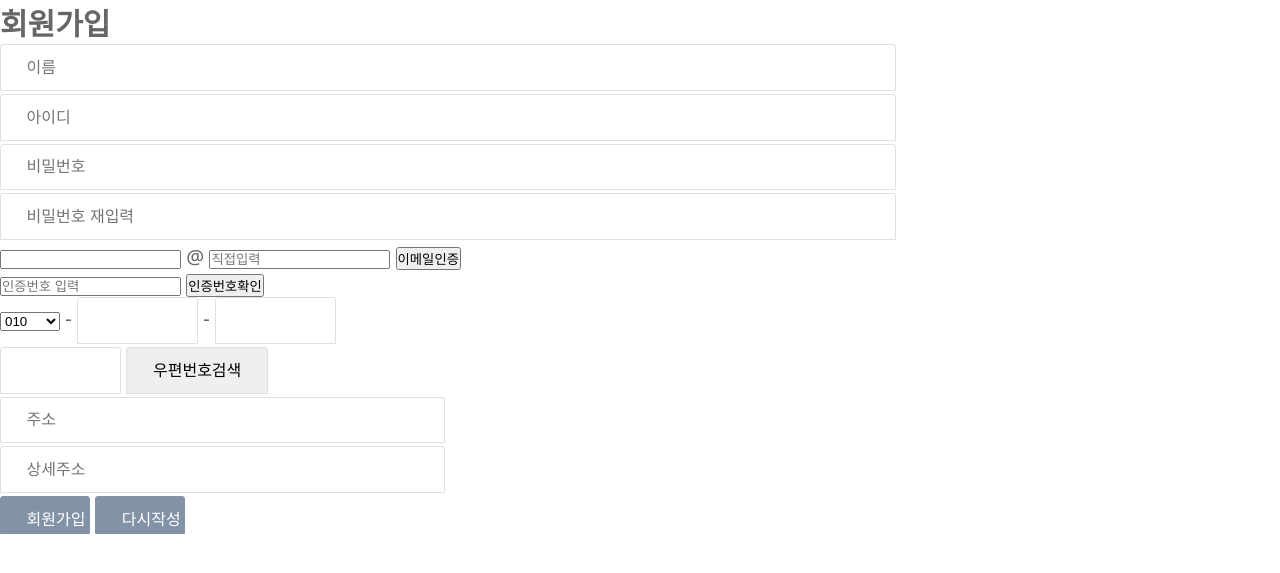
Repository: keepsus/gaebokchi
Page: http://localhost/uzuslime/member/memberWriteForm.jsp
These files come from the project's save history. The page is drawn as it stood at one moment and after the next save; the edit follows.
The browser window is 1280 px wide. The pictures show the whole page.
Some web fonts or font styles are not loaded; a fallback is used. The page is served by Tomcat 9. Nobody is signed in. The application's start-up code is not run. Other server files are loaded and not shown.

Above is the page before, as saved 2021-01-31 03:26:45.

### uzuslime/src/main/webapp/member/memberWriteForm.jsp
<%@ page language="java" contentType="text/html; charset=UTF-8"
    pageEncoding="UTF-8"%>

<head>
    <meta charset="UTF-8">
    <meta name="viewport" content="width=device-width, initial-scale=1.0">
    <link rel="stylesheet" href="/slime/css/memberWriteForm.css">
    <link rel="preconnect" href="https://fonts.gstatic.com">
    <link href="https://fonts.googleapis.com/css2?family=Raleway:ital,wght@0,200;0,300;0,400;0,500;1,300;1,400&display=swap" rel="stylesheet">
    <title>Document</title>
</head>


	<div class="modal-header">
	    <h2 class="signUp-header">회원가입</h2>
	</div>

		<form name="memberWriteForm" method="post" action="/slime/member/write" class="memberWriteForm">

			    <div class="input-text">
			        <input type="text" class="sign-name" id="signName" name="member_name" size="25" placeholder="이름">
			        <div id="nameDiv"></div>
			    </div>


			    <div class="input-text">
			        <input type="text" class="member_id" id="member_id" size="25" placeholder="아이디">
			        <input type="hidden" id="check" value="">
			    	<div id="idDiv"></div>
			    </div>


			    <div class="input-text">
			        <input type="password" class="sign-pwd" id="signPwd" name="member_pw" size="25" placeholder="비밀번호">
			        <div id="pwdDiv"></div>
			    </div>


			    <div class="input-text">
			        <input type="password" class="sign-repwd" id="signRePwd" name="repw" size="25" placeholder="비밀번호 재입력">
			        <div id="repwdDiv"></div>
			    </div>


			    <div class="email-input-text">
			        <input type="text" class="sign-email1" name="email1">
			        @
			        <input type="email" class="sign-email2" name="email2" list="email2" placeholder="직접입력">
			        <datalist id="email2">
			            <option value="gmail.com">
			            <option value="naver.com">
			            <option value="hanmail.net">
			        </datalist>
			        <input type="button" class="email-Btn" value="이메일인증" id="emailBtn"><br>
			         <input type="text" class="check-email" name="check-email" placeholder="인증번호 입력">
			        <input type="button" class="email-check-Btn" value="인증번호확인" id="emailCheckBtn"><br>
			    </div>


			    <div class="signUp-phone-form">
			        <select name="tel1" class="sign-tel1" style="width: 60px;">
			            <option value="010">010
			            <option value="011">011
			            <option value="019">019
			        </select>
			         -
			         <input type="text" class="sign-tel2" name="tel2" size="5">
			         -
			         <input type="text" class="sign-tel3" name="tel3" size="5">
			    </div>


			    <div class="signUp-address-form">
			        <input type="text" class="sign-post" id="postcode" name="zipcode" size="5" readonly>
			        <input type="button" class="check-Post-Btn" value="우편번호검색" id="checkPostBtn"><br>
			        <input type="text" class="sign-address" id="address" name="addr1" size="40"  readonly placeholder="주소"><br>
			        <input type="text" class="sign-detail" id="detailAddress" name="addr2" size="40" placeholder="상세주소">
			    </div>


			    <div class="signUp-btn-box">
			        <input type="button" id="writeBtn" class="writeBtn" value="회원가입">
			        <input type="reset" class="resetBtn" value="다시작성">
			    </div>


</form>
<script type="text/javascript" src="https://code.jquery.com/jquery-3.5.1.min.js"></script>	<!-- 위아래 순서가 바뀌면 안된다 -->
<script type="text/javascript" src="/slime/js/member.js?ver=1"></script>	<!-- 위아래 순서가 바뀌면 안된다 -->

### uzuslime/src/main/webapp/css/memberWriteForm.css
@charset "UTF-8";
* {
    margin: 0px;
    padding: 0px;
    box-sizing: border-box;
}

html {
    background-color: #fff;
    color: rgba(85, 85, 85, 0.897);
    font-family: 'Raleway','Noto Sans Korean','Apple SD Gothic Neo', 'Malgun Gothic','Nanum Gothic', 'Noto Sans','sans-serif';
    font-weight: 300px;
    font-size: 20px;
    text-rendering: optimizeLegibility;
    /* 반응형 웹사이트를 만드려고 기준으로 두었다. 폰트사이즈를 20px을 기본으로 주면 다른 태그에서 %를 사용해서 변경해주면
    폰트 사이즈를 바꿔줄때마다 웹사이트의 폰트 사이즈가 자동으로 바뀔 것이다. */
}

.modal-header{
	margin-botton: 8%;

}

.memberSignUpForm{
	text-align: center;
}

.input-text input{
    width: 70%;
    padding: 1% 2%;
    line-height: 1.2;
    border-radius: 3px 3px 0 0;
    border: 1px solid #e0e0e0;
    font-size: 80%;
    margin-bottom: 3px;
}

.emailBtn,.emailCheckBtn,.checkPostBtn{
    background-color: #fff;
    color: rgba(85, 85, 85, 0.897);
    border: 1px solid #e0e0e0;
    text-decoration: none;
    cursor: pointer;
    border-radius: 3px 3px 0 0;
}

.emailBtn,.emailCheckBtn,.checkPostBtn,.writeBtn:hover{
    transition: 0.4s;
    background-color: rgba(78, 76, 76, 0.678);
    color: white;
}

.signUp-email-form input {
	padding: 1% 2%;
    line-height: 1.2;
    border-radius: 3px 3px 0 0;
    border: 1px solid #e0e0e0;
    font-size: 80%;
    margin-bottom: 3px;
}

.signUp-phone-form input {
	padding: 1% 2%;
    line-height: 1.2;
    border-radius: 3px 3px 0 0;
    border: 1px solid #e0e0e0;
    font-size: 80%;
    margin-bottom: 3px;
}

.signUp-address-form input {
	padding: 1% 2%;
    line-height: 1.2;
    border-radius: 3px 3px 0 0;
    border: 1px solid #e0e0e0;
    font-size: 80%;
    margin-bottom: 3px;
}

.signUp-btn-box input{
	padding: 1% 2%;
    line-height: 1.2;
    border-radius: 3px 3px 0 0;
    border: 1px solid #8393a7;
    background-color: #8393a7;
    font-size: 80%;
    color :white;
    margin-bottom: 3px;
    width: 90px;
    height:38px;
    cursor:pointer;
}

### uzuslime/src/main/webapp/js/member.js
//로그인
$('#loginBtn').click(function(){
	$('#loginIdDiv').empty();
	$('#loginPwdDiv').empty();

	if($('#loginId').val()==''){
		$('#loginIdDiv').text('아이디를 입력')
						.css('color','red')
						.css('font-size','8pt')
						.css('font-weight','bold');

	}else if($('#loginPwd').val()==''){
		$('#loginPwdDiv').text('비밀번호를 입력')
						 .css('color','red')
						 .css('font-size','8pt')
						 .css('font-weight','bold');
	}else{
		$.ajax({
			type : 'post',
			url: '/slime/member/login',
			data: {'member_id': $('#loginId').val(), 'pwpwpw': $('#loginPwd').val()},

			dataType: 'text',
			success: function(data){
				if(data == 'success'){
					location.href = '/slime/index.jsp';

				}else if(data == 'fail'){

					alert('잘못된 정보입니다. 다시 입력해주세요.');
				}
			},//success
			error: function(err){
				console.log(err);
			}//error

		});//ajax
	}//else
});//click

//회원가입
$('#writeBtn').click(function(){
	$('#nameDiv').empty();
	$('#idDiv').empty();
	$('#pwdDiv').empty();
	$('#repwdDiv').empty();
	$('#emailDiv').empty();
	var idReg = /^[A-za-z0-9]/g;
	//아이디 한글못넣게 하는 것
	//[영문 대문자 또는 소문자로 시작하는 아이디, 끝날때 제한 없음]

	//if($('#name').val()==''){ -> 방법 1
	//if($('input[id=member_name]').val()==''){ -> 방법 2
	//id 속성이용은 2가지 방법 모두 가능
	if($('input[id=member_name]').val()==''){
		$('#nameDiv').text('이름을 입력하세요');
		$('#nameDiv').css('color','red');
		$('#nameDiv').css('font-size','8pt');
		$('#nameDiv').css('font-weight','bold');

	}else if($('#member_id').val()==''){	//id 속성이용
		$('#idDiv').text('아이디를 입력하세요');
		$('#idDiv').css('color','red');
		$('#idDiv').css('font-size','8pt');
		$('#idDiv').css('font-weight','bold');

	}else if( !idReg.test( $("input[id=member_id]").val() ) ){
		$('#idDiv').text('아이디는 영문자로 시작하는 6~20자 영문자 또는 숫자이어야 합니다.');
		$('#idDiv').css('color','red');
		$('#idDiv').css('font-size','8pt');
		$('#idDiv').css('font-weight','bold');

	}else if($('input[name=member_pw]').val()==''){
		$('#pwdDiv').text('비밀번호를 입력하세요')
		$('#pwdDiv').css('color','red')
		$('#pwdDiv').css('font-size','8pt')
		$('#pwdDiv').css('font-weight','bold');

	}else if($('input[name=repw]').val() != $('input[name=member_pw]').val()){
		$('#repwdDiv').text('비밀번호가 맞지 않습니다')
		$('#repwdDiv').css('color','red')
		$('#repwdDiv').css('font-size','8pt')
		$('#repwdDiv').css('font-weight','bold');

	}else if($('#member_id').val() != $('#check').val()){
		$('#idDiv').text('중복체크 하세요')
		$('#idDiv').css('color','red')
		$('#idDiv').css('font-size','8pt')
		$('#idDiv').css('font-weight','bold');

	}else if($('input[name=email1]').val()==''||$('input[name=email2]').val()==''){
		$('#emailDiv').text('이메일을 입력하세요')
		$('#emailDiv').css('color','red')
		$('#emailDiv').css('font-size','8pt')
		$('#emailDiv').css('font-weight','bold');

	}else{
		$('form[name=memberWriteForm]').submit();
	}
});

//중복 아이디 체크
$('#member_id').focusout(function(){
	if($('#member_id').val()==''){
		$('#idDiv').text('먼저 아이디를 입력하세요')
		$('#idDiv').css('color','magenta')
		$('#idDiv').css('font-size','8pt')
		$('#idDiv').css('font-weight','bold');

	}else{
		$.ajax({
			type: 'post',
			url: '/slime/member/checkId',
			data: 'member_id='+$('#member_id').val(),
			dataType: 'text',
			success: function(data){
				if(data == 'exist'){
					$('#idDiv').text('사용 불가능')
					$('#idDiv').css('color','magenta')
					$('#idDiv').css('font-size','8pt')
					$('#idDiv').css('font-weight','bold');

				}else if(data == 'non_exist'){
					$('#check').val($('#member_id').val());

					$('#idDiv').text('사용 가능')
					$('#idDiv').css('color','blue')
					$('#idDiv').css('font-size','8pt')
					$('#idDiv').css('font-weight','bold');
				}
			}
		});
	}
});

//우편번호
$('#checkPostBtn').click(function(){
	window.open("/slime/member/memberCheckPost", "zipcode", "width=700 height=500 scrollbars=yes");
});

$('#checkPostSearchBtn').click(function(){
	$.ajax({
		type: 'post',
		url: '/slime/member/checkPostSearch',
		data: $('#memberCheckPostForm').serialize(),	//serialize : '변수=값&변수=값'
		dataType: 'json',
		success: function(data){
			//alert(JSON.stringify(data));

			$('#checkPostTable tr:gt(2)').remove();

			$.each(data.list, function(index, items){
				var address = items.sido+' '
							+ items.sigungu+' '
							+ items.yubmyundong+' '
							+ items.ri+' '
							+ items.roadname+' '
							+ items.buildingname;

				address = address.replace(/null/g, '');

				$('<tr/>').append($('<td/>',{
					align: 'center',
					text: items.zipcode

				})).append($('<td/>',{
					colspan: '3',
					}).append($('<a/>',{
						href: '#',
						id: 'addressA',
						text: address
					}))
				).appendTo($('#checkPostTable'));
			});//each

			$('a').click(function(){
				//alert($(this).prop('tagName'));
				//alert($(this).parent().prev().text());

				$('#postcode', opener.document).val($(this).parent().prev().text());
				$('#address', opener.document).val($(this).text());
				$('#detailAddress', opener.document).focus();
				window.close();
			});
		},
		error: function(err){
			console.log(err);
		}
	});
});

//회원정보수정
$('#modifyBtn').click(function(){
	$('#nameDiv').empty();
	$('#pwdDiv').empty();
	$('#repwdDiv').empty();

	if($('#member_name').val()==''){
		$('#nameDiv').text('이름을 입력하세요');
		$('#nameDiv').css('color','red');
		$('#nameDiv').css('font-size','8pt');
		$('#nameDiv').css('font-weight','bold');

	}else if($('input[name=member_pw]').val()==''){
		$('#pwdDiv').text('비밀번호를 입력하세요')
		$('#pwdDiv').css('color','red')
		$('#pwdDiv').css('font-size','8pt')
		$('#pwdDiv').css('font-weight','bold');

	}else if($('input[name=repw]').val() != $('input[name=member_pw]').val()){
		$('#repwdDiv').text('비밀번호가 맞지 않습니다')
		$('#repwdDiv').css('color','red')
		$('#repwdDiv').css('font-size','8pt')
		$('#repwdDiv').css('font-weight','bold');

	}else{
		$.ajax({
			type: 'post',
			url: '/slime/member/modify',
			data: $('#memberModifyForm').serialize(),	//serialize : '변수=값&변수=값'
			success: function(){
				alert('회원정보수정 완료');
				location.href='/slime/mypage/myPageOrder.jsp';
			},
			error: function(err){
				console.log(err);
			}
		});
	}
});

//아이디 찾기
$('#searchBtn').click(function(){
	$.ajax({
		type: 'post',
		url: '/slime/member/memberIdSearch',
		data: $('#memberSearch').serialize(),
		dataType: 'text',
		success: function(data){
			alert("회원님의 ID는 "+data+" 입니다");
			location.href='/slime/index.jsp';
		},
		error: function(err){
			alert("틀린 정보입니다. 다시 확인해주세요.")
			console.log(err);
		}
	});
});


//이메일 인증 보내기
$('#emailBtn').click(function(){
	$('#emailDiv').empty();
	if($('input[name=email1]').val()==''||$('input[name=email2]').val()==''){
		$('#emailDiv').text('이메일을 입력하세요');
		$('#emailDiv').css('color','red');
		$('#emailDiv').css('font-size','8pt');
		$('#emailDiv').css('font-weight','bold');

	}else{
		$.ajax({
			type: 'post',
			url: '/slime/member/sendEmail',
			data: 'e_mail='+$('#email1').val()+'@'+$('#email2').val(),
			dataType: 'json',
			success: function(data){
				$('#emailDiv').text('이메일이 발송되었습니다. 인증번호를 입력헤주세요');
				$('#emailDiv').css('color','red');
				$('#emailDiv').css('font-size','8pt');
				$('#emailDiv').css('font-weight','bold');
				console.log('이메일 data ='+ JSON.stringify(data));//data가 들어오는것인가?이상한게 찍힌다.
				$('#checkEmailR').val(data.dice);//받은 인증번호를 jsp에 있는 hidden 속성에 넣어주기
			},
			error: function(err){
				console.log(err);
			}
		});
	}

});


//이메일 인증번호 확인
$('#emailCheckBtn').click(function(){
	$('#emailDiv').empty();

	if($('input[id=checkEmail]').val()==''){
		$('#emailDiv').text('이메일 인증번호를 입력해주세요 ')
		$('#emailDiv').css('color','magenta')
		$('#emailDiv').css('font-size','8pt')
		$('#emailDiv').css('font-weight','bold');

	}else{
		if
		(document.getElementById('checkEmail').value == document.getElementById('checkEmailR').value){
			$('#emailDiv').text('인증되었습니다.')
			$('#emailDiv').css('color','magenta')
			$('#emailDiv').css('font-size','8pt')
			$('#emailDiv').css('font-weight','bold');
		}else if
		(document.getElementById('checkEmail').value != document.getElementById('checkEmailR').value){
			$('#emailDiv').text('인증번호가 맞지 않습니다.')
			$('#emailDiv').css('color','magenta')
			$('#emailDiv').css('font-size','8pt')
			$('#emailDiv').css('font-weight','bold');
		}
	}

});

After the next save:
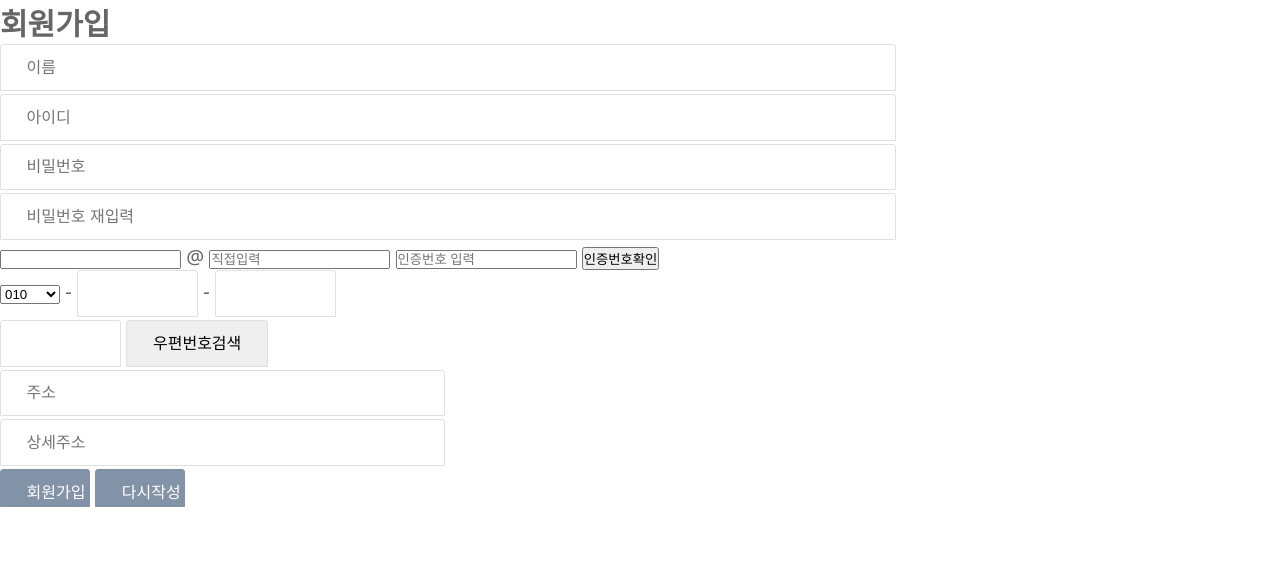
Saved 66 s later.
--- a/uzuslime/src/main/webapp/member/memberWriteForm.jsp
+++ b/uzuslime/src/main/webapp/member/memberWriteForm.jsp
@@ -51,7 +51,7 @@
 			            <option value="naver.com">
 			            <option value="hanmail.net">
 			        </datalist>
-			        <input type="button" class="email-Btn" value="이메일인증" id="emailBtn"><br>
+
 			         <input type="text" class="check-email" name="check-email" placeholder="인증번호 입력">
 			        <input type="button" class="email-check-Btn" value="인증번호확인" id="emailCheckBtn"><br>
 			    </div>

After the save that followed:
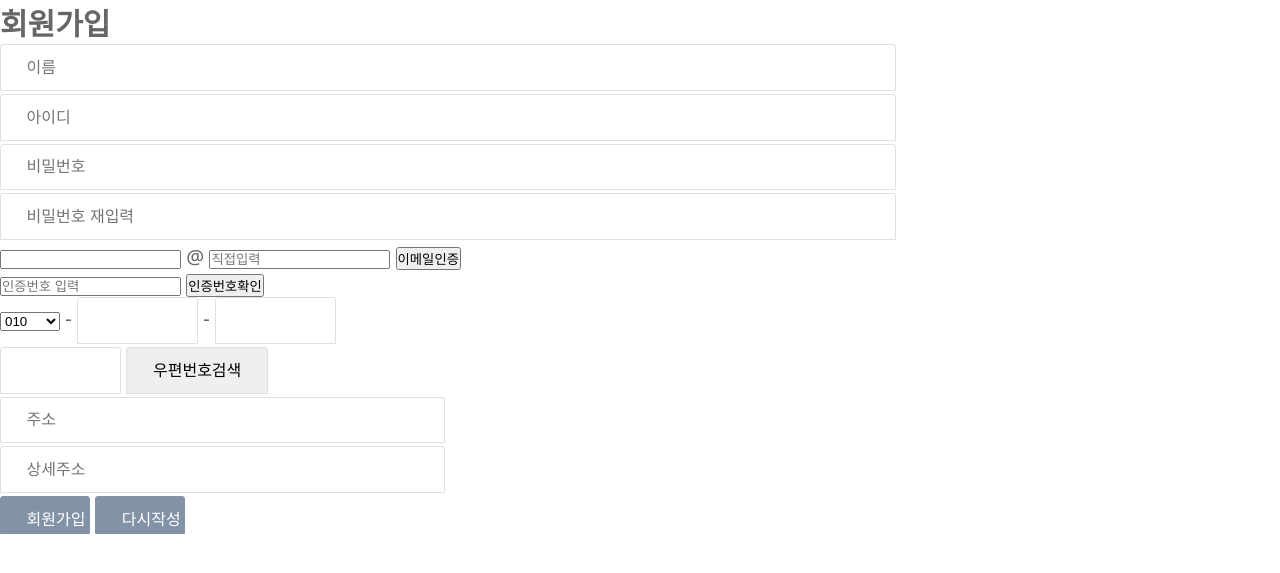
Saved 13 s later.
--- a/uzuslime/src/main/webapp/member/memberWriteForm.jsp
+++ b/uzuslime/src/main/webapp/member/memberWriteForm.jsp
@@ -51,7 +51,7 @@
 			            <option value="naver.com">
 			            <option value="hanmail.net">
 			        </datalist>
-
+			        <input type="button" class="email-Btn" value="이메일인증" id="emailBtn"><br>
 			         <input type="text" class="check-email" name="check-email" placeholder="인증번호 입력">
 			        <input type="button" class="email-check-Btn" value="인증번호확인" id="emailCheckBtn"><br>
 			    </div>
@@ -80,7 +80,7 @@
 
 			    <div class="signUp-btn-box">
 			        <input type="button" id="writeBtn" class="writeBtn" value="회원가입">
-			        <input type="reset" class="resetBtn" value="다시작성">
+			        <input type="reset" class="" value="다시작성">
 			    </div>
 
 
